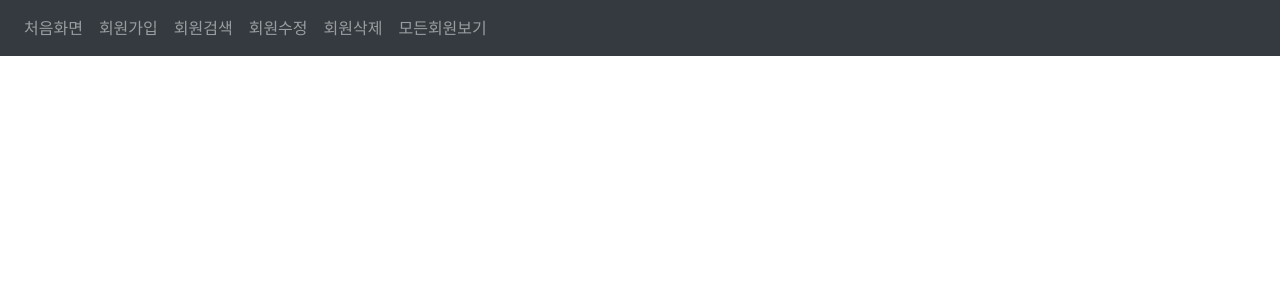
Repository: simjiho/second-crud-project
Page: http://localhost/test/view/memberInsertOutput.jsp
An editor plug-in stored every save of this project. The page is shown before and after the next save, followed by the edit.
The browser window is 1280 px wide. The pictures show the whole page.
Some web libraries are served in a nearby version. The page is served by Tomcat 9. Other server files are loaded and not shown.

Above is the page before, as saved 2024-03-23 07:27:32.

### test/src/main/webapp/view/memberInsertOutput.jsp
<%@ page language="java" contentType="text/html; charset=UTF-8"
    pageEncoding="UTF-8"%>

<jsp:include page="../menu.jsp"/>
</body>
</html>

### test/src/main/webapp/menu.jsp
<%@ page language="java" contentType="text/html; charset=UTF-8"
    pageEncoding="UTF-8"%>
<!DOCTYPE html>
<link rel="stylesheet"
href="https://maxcdn.bootstrapcdn.com/bootstrap/4.2.1/css/bootstrap.min.css">
<script src="https://ajax.googleapis.com/ajax/libs/jquery/3.3.1/jquery.min.js"></script>
<script
src="https://maxcdn.bootstrapcdn.com/bootstrap/4.2.1/js/bootstrap.min.js"></script>
</head>
<body>
	<nav class="navbar navbar-expand-sm bg-dark navbar-dark"
style="margin-bottom:30px">
		<ul class="navbar-nav">
			<li class="nav-item"><a class="nav-link"
				href="/index.jsp">처음화면</a></li>
			<li class="nav-item"><a class="nav-link"
				href="/view/memberInsert.jsp">회원가입</a></li>
			<li class="nav-item"><a class="nav-link"
				href="/view/memberSearch.jsp">회원검색</a></li>
			<li class="nav-item"><a class="nav-link"
				href="/view/memberUpdate.jsp">회원수정</a></li>
			<li class="nav-item"><a class="nav-link"
				href="/view/memberDelete.jsp">회원삭제</a></li>
			<li class="nav-item"><a class="nav-link"
		href="/memberList.do">모든회원보기</a></li>
		</ul>
	</nav>
</body>
</html>

After the next save:
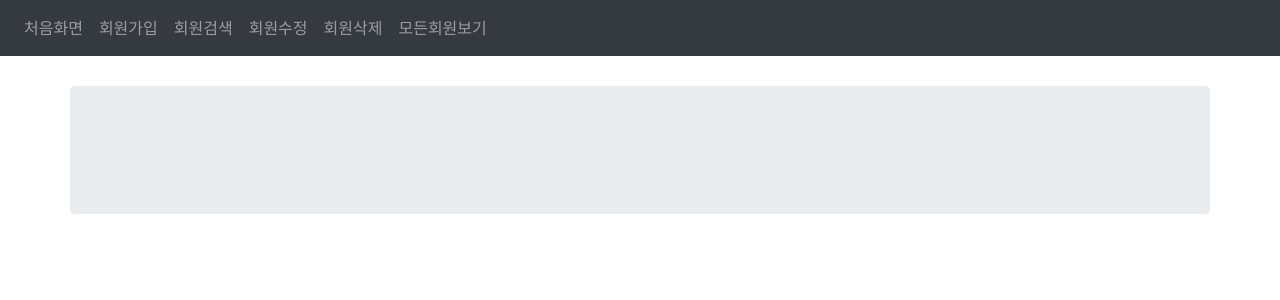
Saved 39 s later.
--- a/test/src/main/webapp/view/memberInsertOutput.jsp
+++ b/test/src/main/webapp/view/memberInsertOutput.jsp
@@ -2,5 +2,7 @@
     pageEncoding="UTF-8"%>
 
 <jsp:include page="../menu.jsp"/>
+
+<div class="container jumbotron">
 </body>
 </html>
